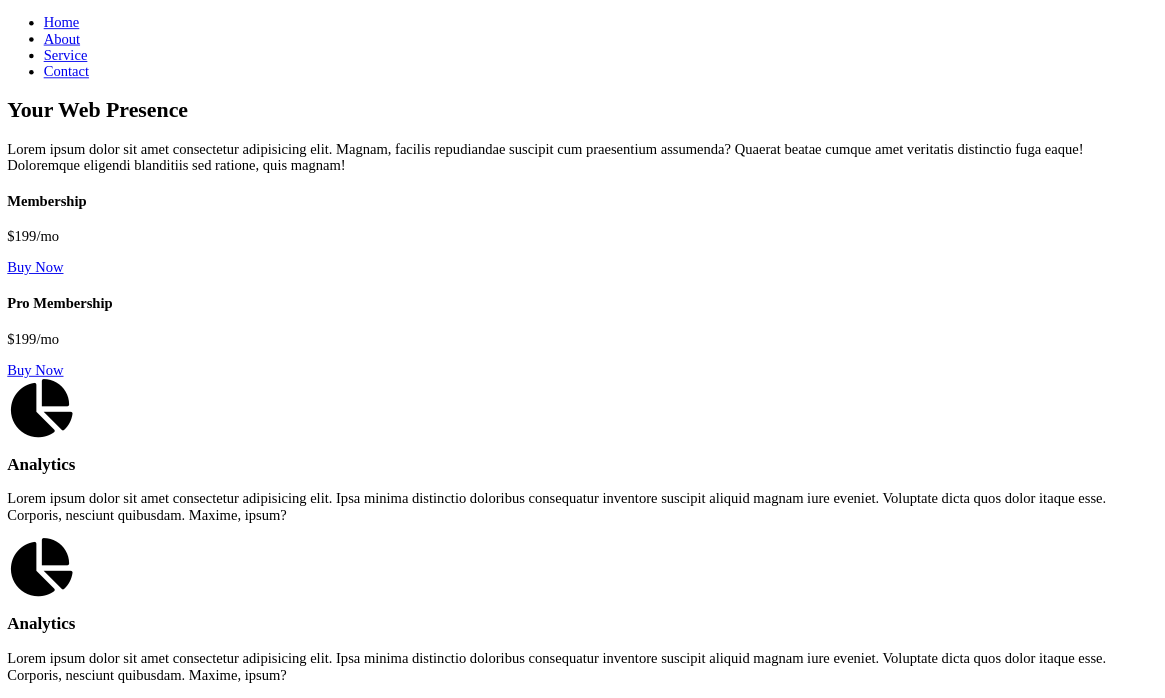
Repository: 1813404040072/grid-demo
Page: index.html
These files come from the project's save history. The page is drawn as it stood at one moment and after the next save; the edit follows.
The browser window is 1280 px wide. The pictures show the whole page, at 91% of full size.
Some web libraries are served in a nearby version.

Above is the page before, as saved 2019-12-24 23:00:33.

### index.html
<!DOCTYPE html>
<html lang="en">
<head>
    <meta charset="UTF-8">
    <meta name="viewport" content="width=device-width, initial-scale=1.0">
    <meta http-equiv="X-UA-Compatible" content="ie=edge">
    <title>GridBiz</title>
    <script src="https://kit.fontawesome.com/a076d05399.js"></script>
    <link rel="stylesheet" href="style.css"/>
</head>
<body>
    <div class="wrapper">
        <!-- Navigation -->
        <nav class="main-nav">
            <ul>
                <li><a href="#">Home</a></li>
                <li><a href="#">About</a></li>
                <li><a href="#">Service</a></li>
                <li><a href="#">Contact</a></li>
            </ul>
        </nav>
        <!-- Top container -->
        <section class="top-container">
            <header class="showcase">
                <h1>Your Web Presence</h1>
                <p>Lorem ipsum dolor sit amet consectetur adipisicing elit. Magnam, facilis repudiandae suscipit cum praesentium assumenda? Quaerat beatae cumque amet veritatis distinctio fuga eaque! Doloremque eligendi blanditiis sed ratione, quis magnam!</p>
                <a href="#" class="btn"></a>
            </header>
            <div class="top-box top-box-a">
                <h4>Membership</h4>
                <p class="price">$199/mo</p>
                <a href="#"class="btn">Buy Now</a>
            </div>
            <div class="top-box top-box-a">
                <h4>Pro Membership</h4>
                <p class="price">$199/mo</p>
                <a href="#"class="btn">Buy Now</a>
            </div>
        </section>

        <!-- Boxes Section -->
        <section class="boxes">
            <div class="box">
                <i class="fas fa-chart-pie fa-4x"></i>
                <h3>Analytics</h3>
                <p>
                    Lorem ipsum dolor sit amet consectetur adipisicing elit. Ipsa minima distinctio doloribus consequatur inventore suscipit aliquid magnam iure eveniet. Voluptate dicta quos dolor itaque esse. Corporis, nesciunt quibusdam. Maxime, ipsum?
                </p>
            </div>
            <div class="box">
                <i class="fas fa-chart-pie fa-4x"></i>
                <h3>Analytics</h3>
                <p>
                    Lorem ipsum dolor sit amet consectetur adipisicing elit. Ipsa minima distinctio doloribus consequatur inventore suscipit aliquid magnam iure eveniet. Voluptate dicta quos dolor itaque esse. Corporis, nesciunt quibusdam. Maxime, ipsum?
                </p>
            </div>
        </section>
    </div>
    <!-- wrapper Ends -->

</body>
</html>

Loaded but not shown: style.css (no copy from this time; the picture is the same without it)

After the next save:
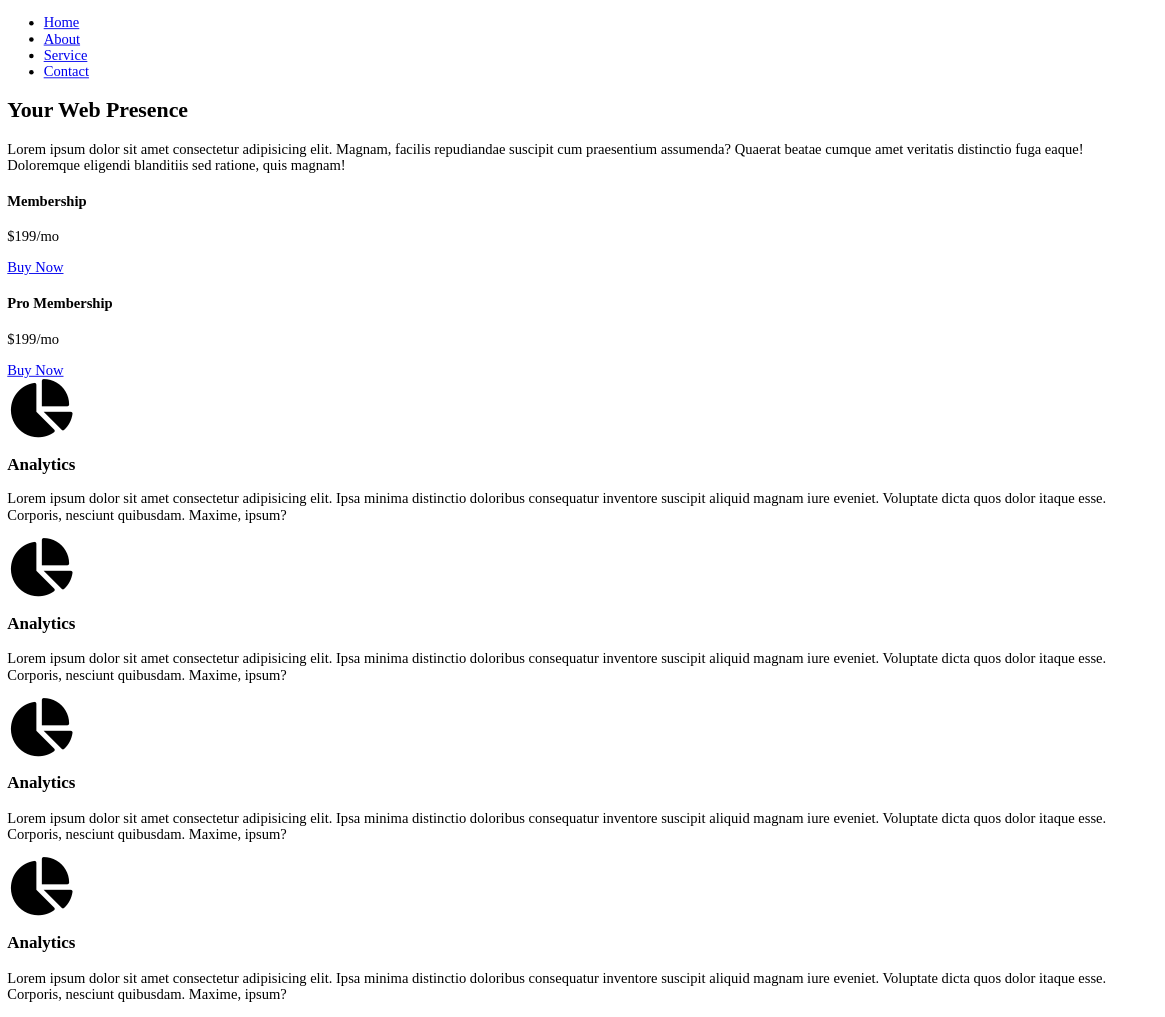
Saved 13 s later.
--- a/index.html
+++ b/index.html
@@ -54,6 +54,20 @@
                     Lorem ipsum dolor sit amet consectetur adipisicing elit. Ipsa minima distinctio doloribus consequatur inventore suscipit aliquid magnam iure eveniet. Voluptate dicta quos dolor itaque esse. Corporis, nesciunt quibusdam. Maxime, ipsum?
                 </p>
             </div>
+            <div class="box">
+                <i class="fas fa-chart-pie fa-4x"></i>
+                <h3>Analytics</h3>
+                <p>
+                    Lorem ipsum dolor sit amet consectetur adipisicing elit. Ipsa minima distinctio doloribus consequatur inventore suscipit aliquid magnam iure eveniet. Voluptate dicta quos dolor itaque esse. Corporis, nesciunt quibusdam. Maxime, ipsum?
+                </p>
+            </div>
+            <div class="box">
+                <i class="fas fa-chart-pie fa-4x"></i>
+                <h3>Analytics</h3>
+                <p>
+                    Lorem ipsum dolor sit amet consectetur adipisicing elit. Ipsa minima distinctio doloribus consequatur inventore suscipit aliquid magnam iure eveniet. Voluptate dicta quos dolor itaque esse. Corporis, nesciunt quibusdam. Maxime, ipsum?
+                </p>
+            </div>
         </section>
     </div>
     <!-- wrapper Ends -->
